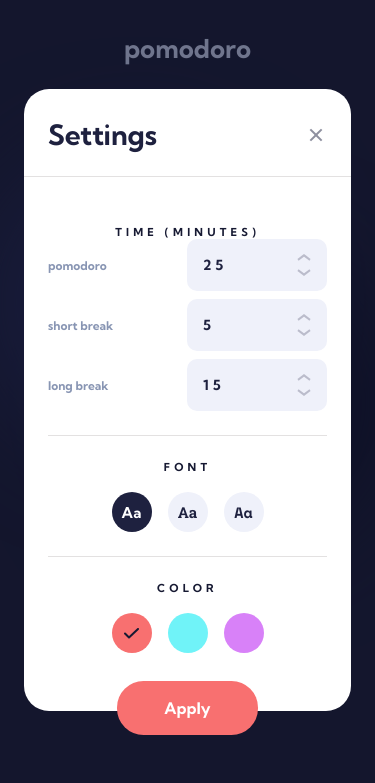
Repository: blordeus/pomodoro-app
Page: /, after clicking the first element matching `button.settings-trigger`
These files come from the project's save history. The page is drawn as it stood at one moment and after the next save; the edit follows.
The browser window is 375 px wide. The pictures show the whole page.
The project was rebuilt for these pictures with package versions that can differ from the ones it lists, and the page was loaded fresh each time.

Above is the page before, as saved 2026-05-09 18:28:03.

After the next save:
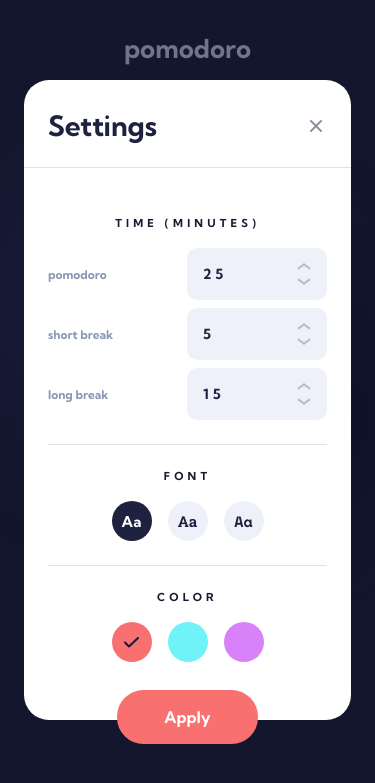
Saved 16 s later.
--- a/src/index.css
+++ b/src/index.css
@@ -492,7 +492,7 @@ button {
   }
 
   .modal__section-title {
-    margin-bottom: 0;
+    margin-bottom: 20;
     text-align: center;
   }
 }
